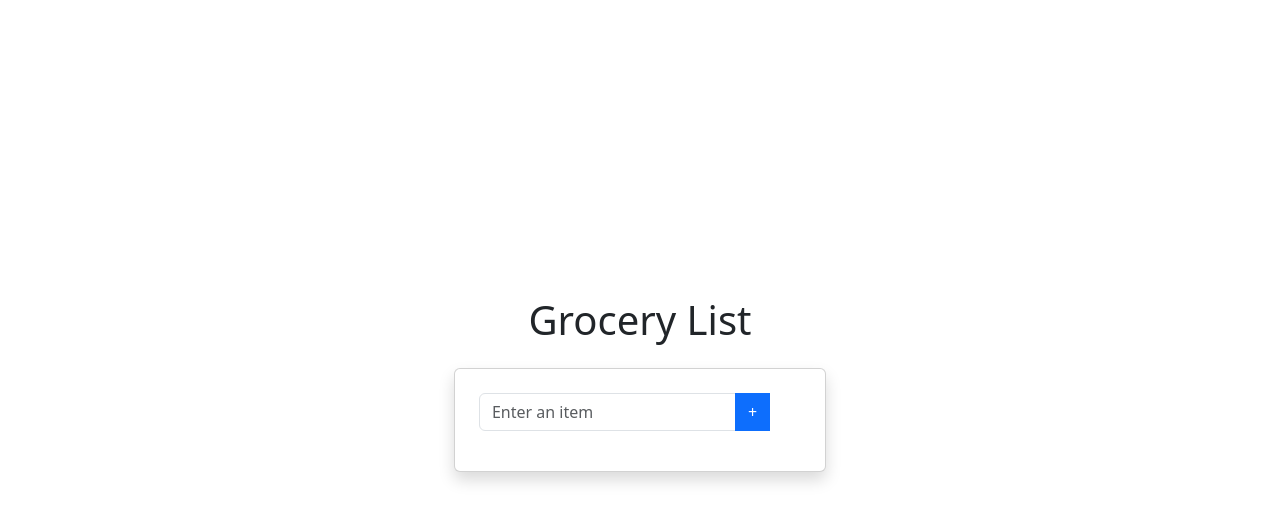
Repository: JuliaW05/CS491
Page: / (app in GroceryList/)
These files come from the project's save history. The page is drawn as it stood at one moment and after the next save; the edit follows.
The browser window is 1280 px wide. The pictures show the whole page.
The project was rebuilt for these pictures with package versions that can differ from the ones it lists, and the page was loaded fresh each time. Also part of the build but not shown: GroceryList/vite.config.js.

Above is the page before, as saved 2026-03-04 23:41:37.

After the next save:
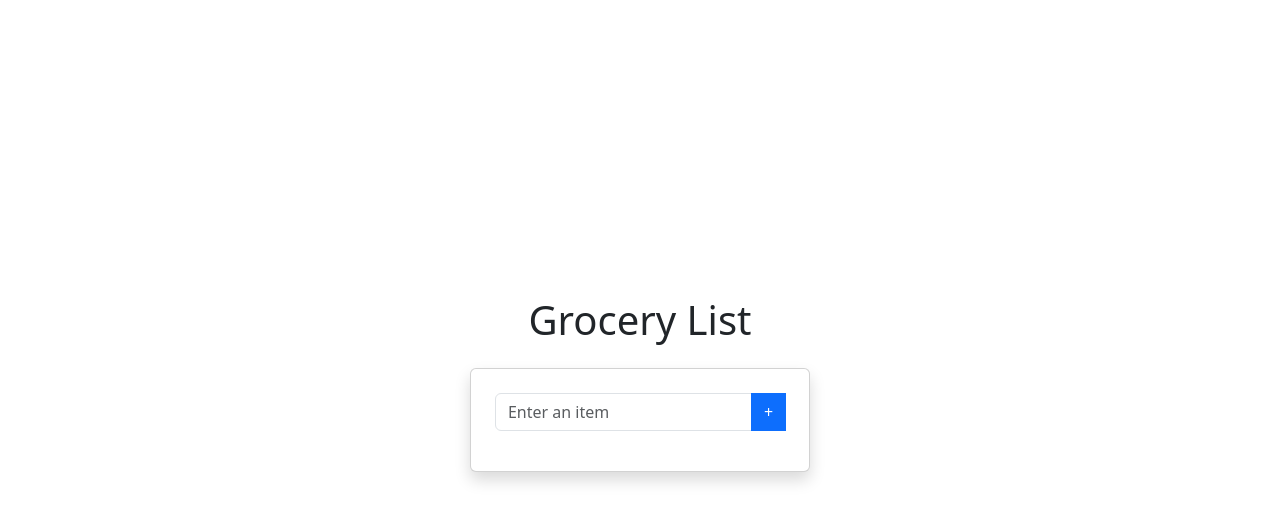
Saved 6 s later.
--- a/GroceryList/src/GroceryList.jsx
+++ b/GroceryList/src/GroceryList.jsx
@@ -22,7 +22,7 @@ const GroceryList = () => {
         />
         <button className="btn btn-primary" onClick={addItem}>+</button>
 
-        <ul class>
+        <ul className="list-group">
           {" "}
           {list.map((i, index) => (
             <li key={index}>{i}</li>
